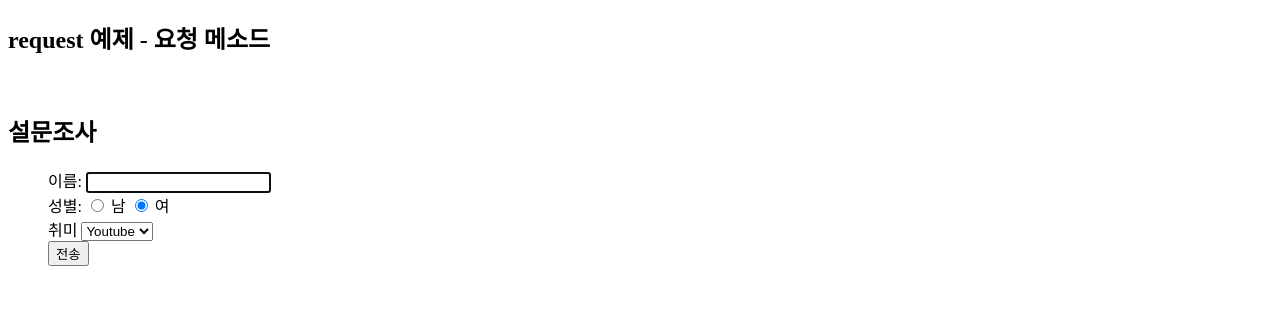
Repository: Tak-kuen/18-2
Page: http://localhost/studyjsp/144-1_researchTestForm1.jsp
The author's editor kept a copy of each file at every save. The page is drawn from the files as they stood at one save, then again after the next save.
The browser window is 1280 px wide. The pictures show the whole page.
The page is served by Tomcat 9. Other server files are loaded and not shown.

Above is the page before, as saved 2018-09-05 05:21:50.

### code/studyjsp/WebContent/144-1_researchTestForm1.jsp
<%@ page language="java" contentType="text/html; charset=UTF-8"
    pageEncoding="UTF-8"%>
<!DOCTYPE html>
<html>
<head>
<meta charset="UTF-8">
<title>researchTestForm1</title>
</head>
<body>
<h2>request 예제 - 요청 메소드</h2><br/>
<h2>설문조사</h2>
<form method="get" action = "146-1_researchTest1.jsp">
	<dl>
		<dd>
			<label for="name">이름: </label>
			<input id="name" name="name" type="text" autofocus required>
		</dd>
		<dd>
			성별:
			<input id="gender" name="gender" type="radio" value="m" checked>
			<label for="gender">남</label>
			<input id="gender" name="gender" type="radio" value="ㄹ" checked>
			<label for="gender">여</label>
		</dd>
		<dd>
			<label for="hobby">취미</label>
			<select id="hobby" name="hobby" required>
				<option value="잠자기" selected>잠자기
				<option value="책읽기" selected>책읽기
				<option value="음악감상" selected>음악감상
				<option value="Youtube" selected>Youtube
			</select>
		</dd>
		<dd>
			<input type="submit" value="전송">
		</dd>
	</dl>
</form>

</body>
</html>

After the next save:
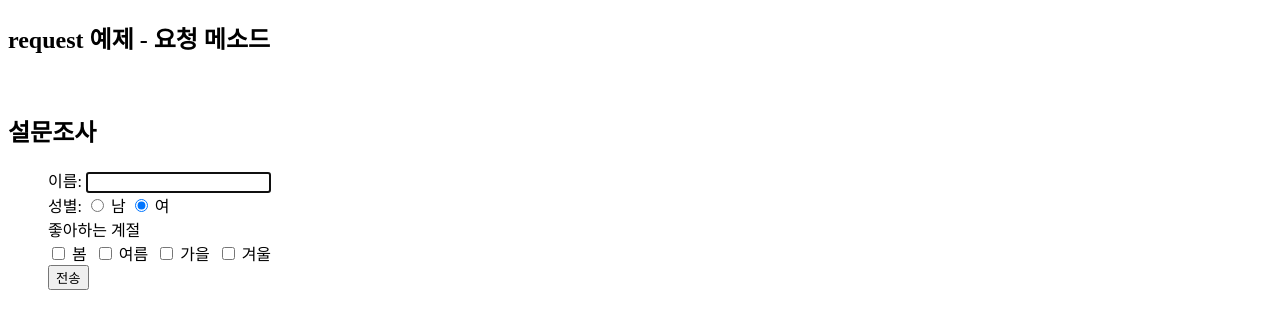
Saved 2 min 37 s later.
--- a/code/studyjsp/WebContent/144-1_researchTestForm1.jsp
+++ b/code/studyjsp/WebContent/144-1_researchTestForm1.jsp
@@ -23,13 +23,15 @@
 			<label for="gender">여</label>
 		</dd>
 		<dd>
-			<label for="hobby">취미</label>
-			<select id="hobby" name="hobby" required>
-				<option value="잠자기" selected>잠자기
-				<option value="책읽기" selected>책읽기
-				<option value="음악감상" selected>음악감상
-				<option value="Youtube" selected>Youtube
-			</select>
+			좋아하는 계절<br/>
+			<input id="season" name="season" type="checkbox" value="spring">
+			<label for="season">봄</label>&nbsp;
+			<input id="season" name="season" type="checkbox" value="summer">
+			<label for="season">여름</label>&nbsp;
+			<input id="season" name="season" type="checkbox" value="fall">
+			<label for="season">가을</label>&nbsp;
+			<input id="season" name="season" type="checkbox" value="winter">
+			<label for="season">겨울</label>&nbsp;
 		</dd>
 		<dd>
 			<input type="submit" value="전송">
